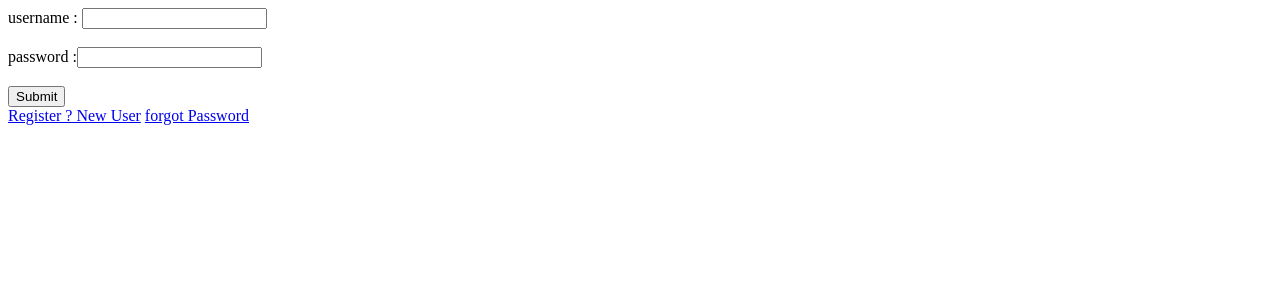
Repository: yash112021/Cdac_lab_Work
Page: 250845920104_Advance_java/Day4_22_11_25/ProductCrudOperations/src/main/webapp/index.html
These files come from the project's save history. The page is drawn as it stood at one moment and after the next save; the edit follows.
The browser window is 1280 px wide. The pictures show the whole page.

Above is the page before, as saved 2025-11-24 12:57:06.

### 250845920104_Advance_java/Day4_22_11_25/ProductCrudOperations/src/main/webapp/index.html
<!DOCTYPE html>
<html>
<head>
<meta charset="ISO-8859-1">
<title>Insert title here</title>
</head>
<body>
	<form action=loginpage method="get">
		username : <input type="text" name="usrname" id="usrname"><br><br>
		password :<input type="password" name="pass" id="pass"><br><br>
		<button name="login" id="login">Submit</button>

	</form>
	<!-- now creating two anchor link -->
	<a href="rgst.html">Register ? New User</a>
	<a href="forgot.hmtl">forgot Password </a>
</body>
</html>

After the next save:
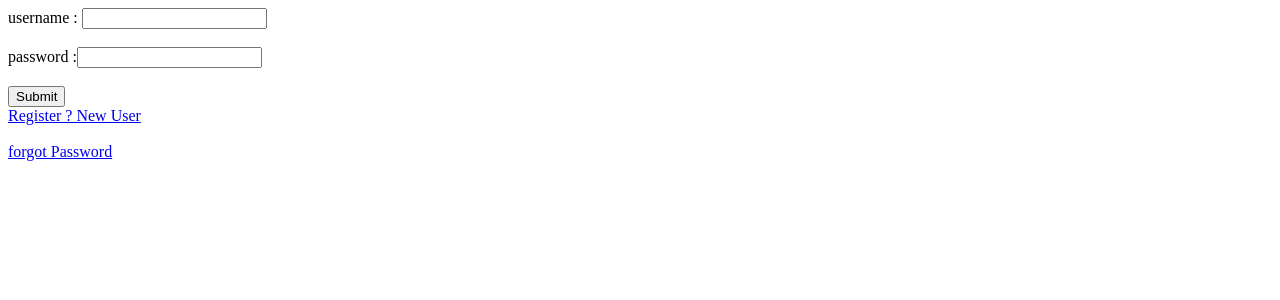
Saved 17 s later.
--- a/250845920104_Advance_java/Day4_22_11_25/ProductCrudOperations/src/main/webapp/index.html
+++ b/250845920104_Advance_java/Day4_22_11_25/ProductCrudOperations/src/main/webapp/index.html
@@ -12,7 +12,7 @@
 
 	</form>
 	<!-- now creating two anchor link -->
-	<a href="rgst.html">Register ? New User</a>
+	<a href="rgst.html">Register ? New User</a><br><br>
 	<a href="forgot.hmtl">forgot Password </a>
 </body>
 </html>
